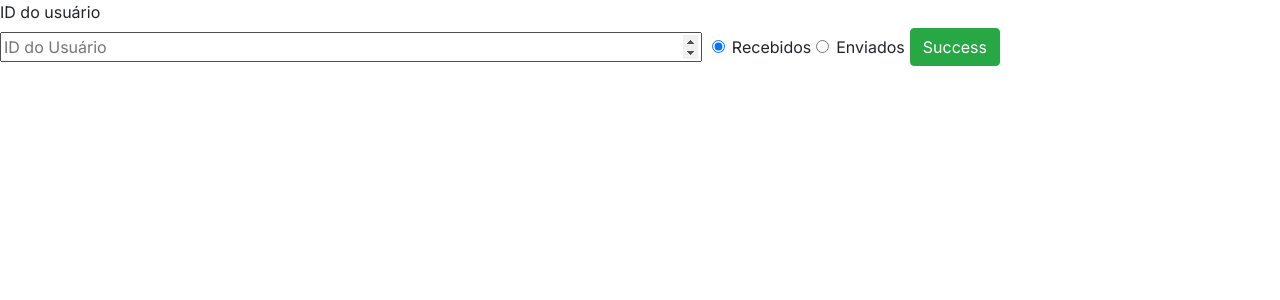
Repository: mateusilva8/tarefa-pix
Page: frontend/index.html
An editor plug-in stored every save of this project. The page is shown before and after the next save, followed by the edit.
The browser window is 1280 px wide. The pictures show the whole page.

Above is the page before, as saved 2023-10-21 19:28:43.

After the next save:
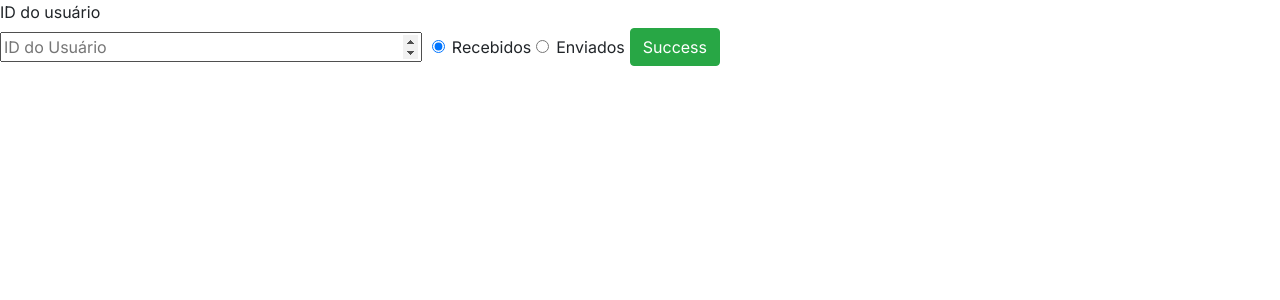
Saved 43 s later.
--- a/frontend/css/index.css
+++ b/frontend/css/index.css
@@ -5,7 +5,7 @@
 .formulario {
     display: flex;
     flex-direction: column;
-    width: 1000px;
+    width: 100vh;
     font-size: 1rem;
 
 }
